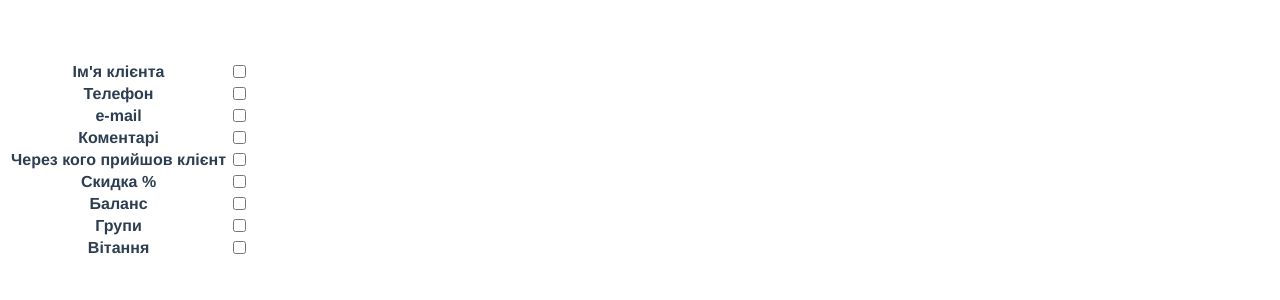
Repository: KYUUBI-K/Labs-from-2-course-
Page: / (app in lab3(using styles)/)
An editor plug-in stored every save of this project. The page is shown before and after the next save, followed by the edit.
The browser window is 1280 px wide. The pictures show the whole page.
The project was rebuilt for these pictures with package versions that can differ from the ones it lists, and the page was loaded fresh each time. Also part of the build but not shown: lab3(using styles)/src/assets/style/style.scss.

Above is the page before, as saved 2021-11-24 10:52:21.

### lab3(using styles)/src/main.js
import Vue from 'vue'
import App from './App.vue'
import '@/assets/style/style.scss'

Vue.config.productionTip = false

new Vue({
  render: h => h(App),
}).$mount('#app')

### lab3(using styles)/src/App.vue
<template>
  <div id="app">
    <test/>
  </div>
</template>

<script>
import test from './components/test'

export default {
  name: 'App',
  components: {
    test
  }
}
</script>

<style>
#app {
  font-family: Avenir, Helvetica, Arial, sans-serif;
  -webkit-font-smoothing: antialiased;
  -moz-osx-font-smoothing: grayscale;
  text-align: center;
  color: #2c3e50;
  margin-top: 60px;
}
</style>

### lab3(using styles)/src/components/test/index.vue
<template>
    <div>
        <table class = "name">
            <tr>
               <th>Ім'я клієнта</th>
               <input type="checkbox">
            </tr>
            <tr>
                <th>Телефон</th>
               <input type="checkbox">
            </tr>
            <tr>
                <th>e-mail</th>
               <input type="checkbox">
            </tr>
            <tr>
                <th>Коментарі</th>
               <input type="checkbox">
            </tr>
            <tr>
                <th>Через кого прийшов клієнт</th>
               <input type="checkbox">
            </tr>
            <tr>
                <th>Скидка %</th>
               <input type="checkbox">
            </tr>
            <tr>
                <th>Баланс</th>
               <input type="checkbox">
            </tr>
            <tr>
                <th>Групи</th>
               <input type="checkbox">
            </tr>
            <tr>
                <th>Вітання</th>
               <input type="checkbox">
            </tr>
        </table>
    </div>
</template>

<script>
    export default {

    }
</script>

<style lang="scss" scoped>
</style>

Loaded but not shown: lab3(using styles)/public/index.html (common file)

After the next save:
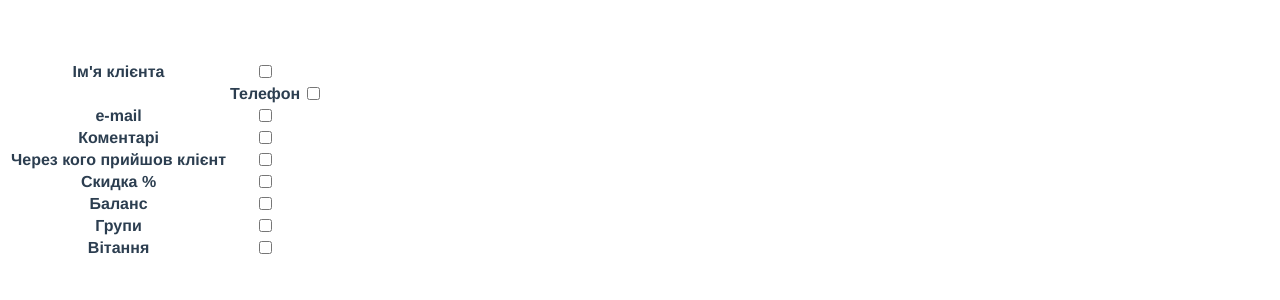
Saved 2 min 22 s later.
--- a/lab3(using styles)/src/components/test/index.vue
+++ b/lab3(using styles)/src/components/test/index.vue
@@ -6,6 +6,7 @@
                <input type="checkbox">
             </tr>
             <tr>
+                <i class="far fa-address-card"></i>
                 <th>Телефон</th>
                <input type="checkbox">
             </tr>
